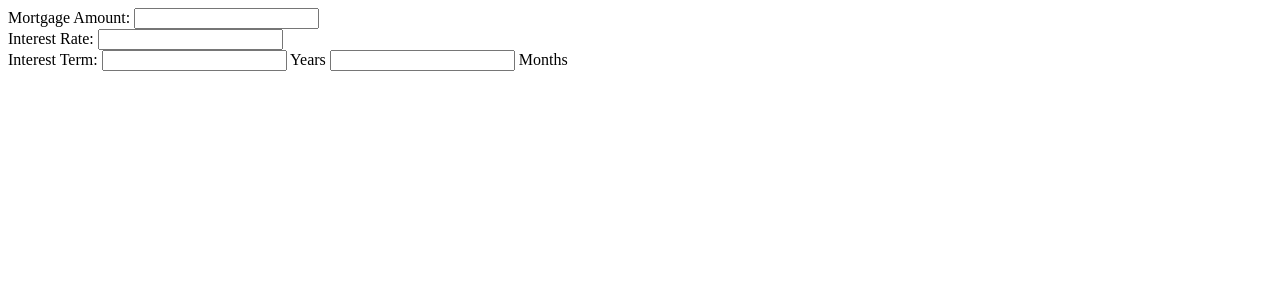
Repository: jgutierrezo/bc-a5
Page: http://localhost/client/form.jsp
These files come from the project's save history. The page is drawn as it stood at one moment and after the next save; the edit follows.
The browser window is 1280 px wide. The pictures show the whole page.
The page is served by Tomcat 9.

Above is the page before, as saved 2023-02-04 02:13:03.

After the next save:
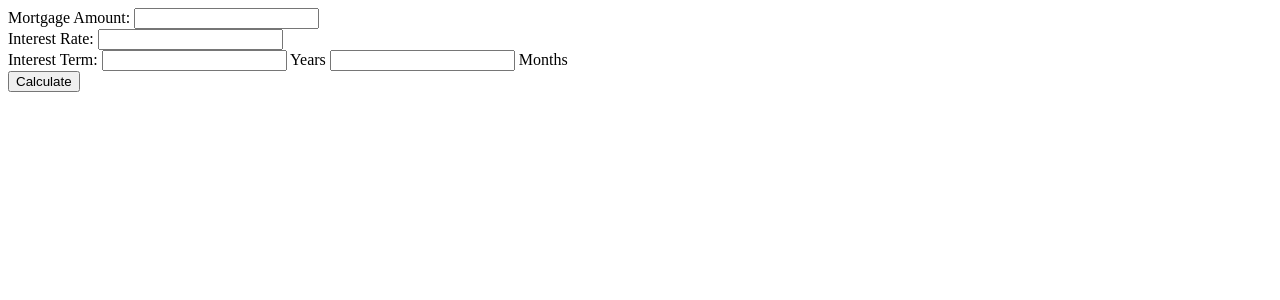
Saved 40 s later.
--- a/client/src/main/webapp/form.jsp
+++ b/client/src/main/webapp/form.jsp
@@ -18,6 +18,7 @@ Interest Rate: <input name="rate" type="text">
 <div>
 Interest Term: <input name="year" type="number"> Years <input name="month" type="number"> Months
 </div>
+<button type="submit">Calculate</button>
 
 </form>
 </body>
